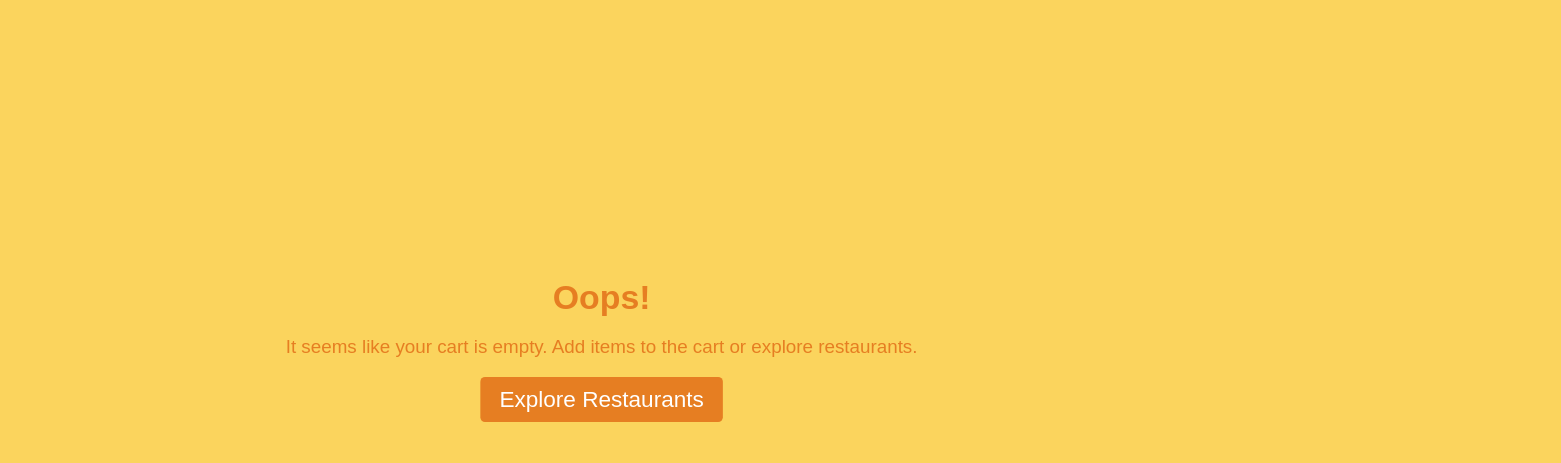
Repository: SWATHIBHUMA/FoodDelivaryApp
Page: http://localhost/FoodDelivaryApp/errorPage.jsp
These files come from the project's save history. The page is drawn as it stood at one moment and after the next save; the edit follows.
The browser window is 1280 px wide. The page is 1280 px wide, then 1661 px, so the pictures cover 1661 px, including what lies to the right of the window. The pictures show the whole page, at 94% of full size.
The page is served by Tomcat 9.

Above is the page before, as saved 2024-01-14 12:07:07.

After the next save:
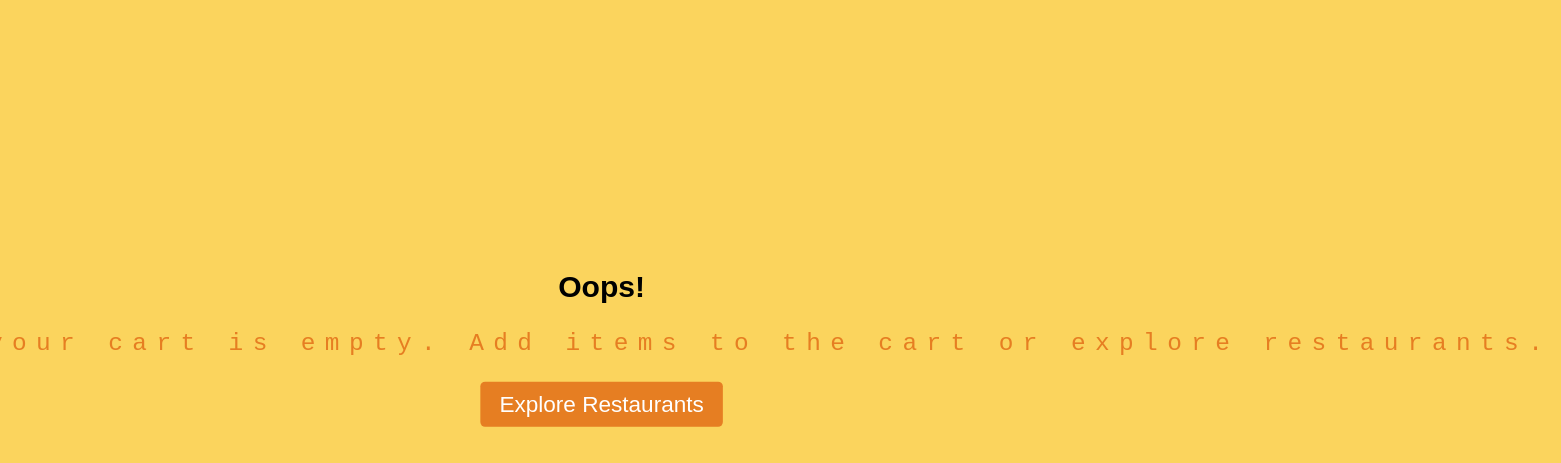
Saved 3 min 57 s later.
--- a/FoodDelivaryApp/src/main/webapp/errorPage.jsp
+++ b/FoodDelivaryApp/src/main/webapp/errorPage.jsp
@@ -24,7 +24,24 @@
 		}
 
 		.text{
+			font-size: 2em;
+			letter-spacing: 10px;
+			font-family: monospace;
+			border-right: 5px solid;
+			width: 100%;
+			white-space: nowrap;
+			overflow: hidden;
+			animation:
+				typing 2s steps(18),
+				cursor .4s step-end infinite alternate;
+		}
+		@keyframes cursor{
+			50%{ border-color: transparent}
+		}
 
+		@keyframes typing{
+			from{width: 0}
+		}
 
 		}
         h1 {
